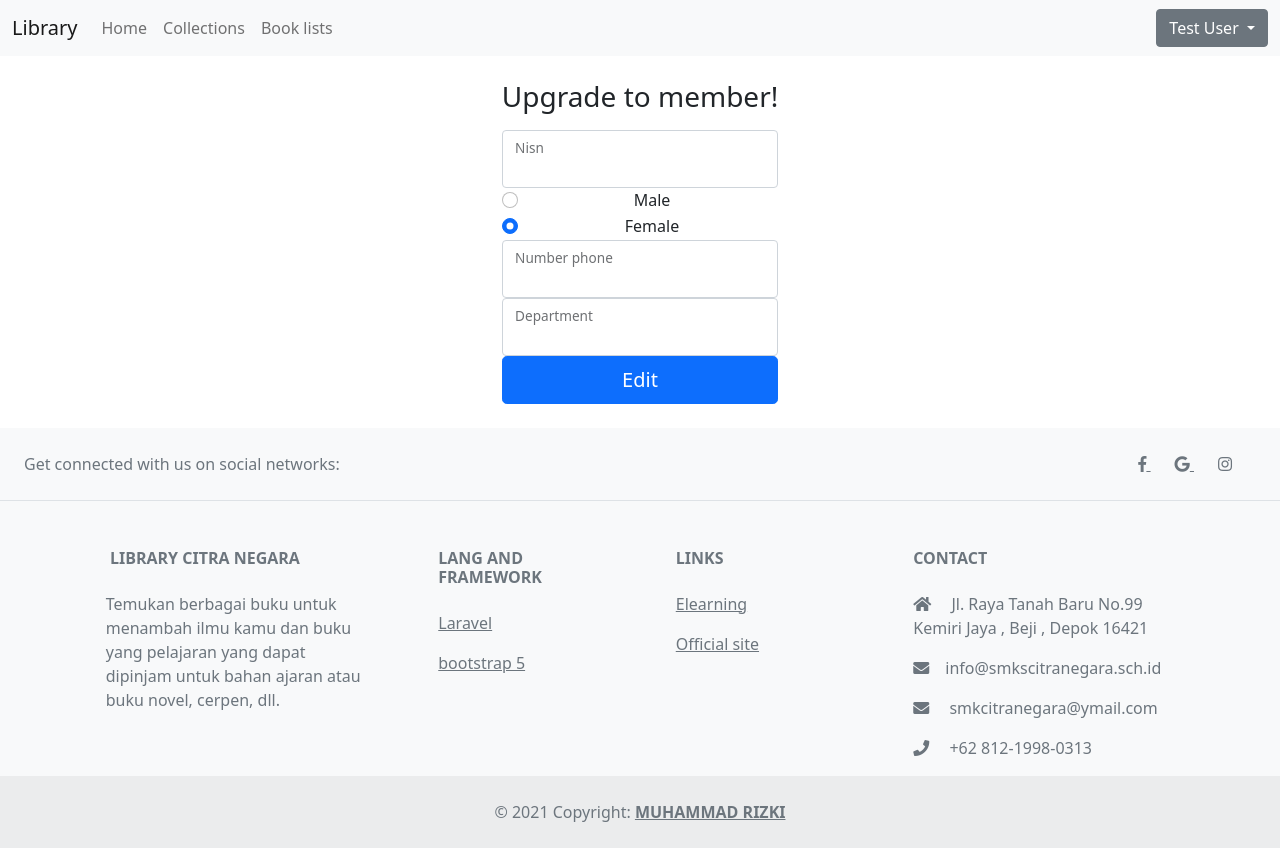
Repository: humanrizki/app-perpus-laravel-8
Page: resources/views/profile/show.blade.php
An editor plug-in stored every save of this project. The page is shown before and after the next save, followed by the edit.
The browser window is 1280 px wide. The pictures show the whole page.
Some web libraries are served in a nearby version. The page is served by the project's Laravel application, run on PHP 8.4 with Laravel 8. A made-up administrator, Test User (test@example.com), is signed in. Other server files are loaded and not shown. The template is opened directly, without the code that normally fills it, so the values that code supplies are empty.

Above is the page before, as saved 2021-11-26 15:15:16.

### routes/web.php
<?php

use App\Http\Controllers\CollectionController;
use App\Http\Controllers\ListsController;
use App\Http\Controllers\ProfileController;
use Illuminate\Support\Facades\Route;

/*
|--------------------------------------------------------------------------
| Web Routes
|--------------------------------------------------------------------------
|
| Here is where you can register web routes for your application. These
| routes are loaded by the RouteServiceProvider within a group which
| contains the "web" middleware group. Now create something great!
|
*/

Route::get('/', function () {
    return view('welcome');
});

Auth::routes();

Route::get('/home', [App\Http\Controllers\HomeController::class, 'index'])->name('home');
Route::get('/collections',[CollectionController::class,'index'])->name('collections');
Route::get('/collections/{collection:slug}',[CollectionController::class,'show']);
Route::get('/lists',[ListsController::class,'index'])->name('lists');
Route::get('/lists/{list:slug}',[ListsController::class,'show']);
Route::post('/lists/{list:slug}',[ListsController::class,'store']);
Route::get('/profile',[ProfileController::class,'index'])->name('profile');
Route::get('/profile/{user:username}/edit',[ProfileController::class,'show']);
Route::put('/profile/{user:username}/edit',[ProfileController::class,'update']);

### app/Models/User.php
<?php

namespace App\Models;

use Illuminate\Contracts\Auth\MustVerifyEmail;
use Illuminate\Database\Eloquent\Factories\HasFactory;
use Illuminate\Foundation\Auth\User as Authenticatable;
use Illuminate\Notifications\Notifiable;
use Laravel\Sanctum\HasApiTokens;

class User extends Authenticatable
{
    use HasApiTokens, HasFactory, Notifiable;

    /**
     * The attributes that are mass assignable.
     *
     * @var string[]
     */
    // protected $fillable = [
    //     'name',
    //     'email',
    //     'password',
    // ];
    protected $guarded = ['id'];
    /**
     * The attributes that should be hidden for serialization.
     *
     * @var array
     */
    protected $hidden = [
        'password',
        'remember_token',
    ];

    /**
     * The attributes that should be cast.
     *
     * @var array
     */
    protected $casts = [
        'email_verified_at' => 'datetime',
    ];
}

### resources/views/profile/show.blade.php
@extends('layouts.capp')
@section('content')
<div class="container text-center d-flex justify-content-center my-4">
    <div class="row">
        <div class="col-lg-12">
            <main class="form-signin">
                <form action="/profile/{{ $user->username }}/edit" method="POST">
                    @method('put')
                    @csrf
                    <h1 class="h3 mb-3 fw-normal">
                        @if (auth()->user()->is_member == 0)
                        Upgrade to member!
                        @else
                        Edit data!
                        @endif
                    </h1>
                    @if (auth()->user()->is_member == 0)
                        <div class="form-floating">
                            <input type="text" class="form-control  @error('nisn') 'is-invalid' @enderror" id="floatingInput"  name="nisn">
                            <label for="floatingInput">Nisn</label>
                            @error('nisn')
                            <div class="valid-feedback">
                                {{ $message }}
                            </div>
                            @enderror
                        </div>
                        <div class="form-check">
                            <input class="form-check-input" type="radio" name="gender" id="flexRadioDefault1" value="Male">
                            <label class="form-check-label"  for="flexRadioDefault1">
                                Male
                            </label>
                        </div>
                        <div class="form-check">
                            <input class="form-check-input" type="radio" name="gender" id="flexRadioDefault2" value="Female" checked>
                            <label class="form-check-label" for="flexRadioDefault2">
                                Female
                            </label>
                        </div>
                        <div class="form-floating">
                            <input type="text" class="form-control @error('phone') 'is-invalid' @enderror" id="floatingInput"  name="phone">
                            <label for="floatingInput">Number phone</label>
                            @error('phone')
                            <div class="valid-feedback">
                                {{ $message }}
                            </div>
                            @enderror
                        </div>
                        <div class="form-floating">
                            <input type="text" class="form-control @error('department') 'is-invalid' @enderror" id="floatingInput"  name="department" >
                            <label for="floatingInput">Department</label>
                            @error('department')
                            <div class="valid-feedback">
                                {{ $message }}
                            </div>
                            @enderror
                        </div>
                    @else
                        Mantap
                    @endif

                    <button class="w-100 btn btn-lg btn-primary" type="submit">Edit</button>
                </form>
            </main>

        </div>
    </div>
</div>

@endsection

### resources/views/layouts/capp.blade.php
<!doctype html>
<html lang="en">
  <head>
    <meta charset="utf-8" />
    <meta http-equiv="X-UA-Compatible" content="IE=edge,chrome=1" />
    <meta content='width=device-width, initial-scale=1.0, maximum-scale=1.0, user-scalable=0, shrink-to-fit=no' name='viewport' />
    <title>{{ $title }}</title>

    <!--     Fonts and icons     -->
    <link href="https://fonts.googleapis.com/css?family=Montserrat:400,700,200" rel="stylesheet" />
    <link href="https://use.fontawesome.com/releases/v5.0.6/css/all.css" rel="stylesheet">
    <style>
      *,body{
        margin: 0px;
        padding: 0px;
      }
    </style>
    @if (request()->is('home'))
        <link rel="stylesheet" href="css/home.css">
    @endif
    <link href="https://cdn.jsdelivr.net/npm/bootstrap@5.0.2/dist/css/bootstrap.min.css" rel="stylesheet" integrity="sha384-EVSTQN3/azprG1Anm3QDgpJLIm9Nao0Yz1ztcQTwFspd3yD65VohhpuuCOmLASjC" crossorigin="anonymous">
    {{-- <link rel="stylesheet" href="css/ul.css"> --}}
  </head>
  <body>
    @include('partials.header')
    @yield('content')
    @include('partials.footer')
    <!--   Core JS Files   -->
    <script src="https://cdn.jsdelivr.net/npm/bootstrap@5.0.2/dist/js/bootstrap.bundle.min.js" integrity="sha384-MrcW6ZMFYlzcLA8Nl+NtUVF0sA7MsXsP1UyJoMp4YLEuNSfAP+JcXn/tWtIaxVXM" crossorigin="anonymous"></script>
  </body>
</html>

### resources/views/partials/header.blade.php

<nav class="navbar navbar-expand-lg navbar-light bg-light">
    <div class="container-fluid">
      <a class="navbar-brand" href="/home">Library</a>
      <button class="navbar-toggler" type="button" data-bs-toggle="collapse" data-bs-target="#navbarSupportedContent" aria-controls="navbarSupportedContent" aria-expanded="false" aria-label="Toggle navigation">
        <span class="navbar-toggler-icon"></span>
      </button>
      <div class="collapse navbar-collapse" id="navbarSupportedContent">
        <ul class="navbar-nav me-auto mb-2 mb-lg-0">
          <li class="nav-item">
            <a class="nav-link {{ (request()->is('home')) ? 'active fw-bold':'';}}" aria-current="page" href="/home">Home</a>
          </li>
          <li class="nav-item ">
            <a class="nav-link {{ (request()->is('collections*')) ? 'active fw-bold':'';}}" href="/collections">Collections</a>
          </li>
          <li class="nav-item">
            <a class="nav-link {{ (request()->is('lists')) ? 'active':'';}}" href="/lists">Book lists</a>
          </li>
        </ul>
        @auth
        <div class="dropdown">
          <button class="btn btn-secondary dropdown-toggle" type="button" id="dropdownMenuButton1" data-bs-toggle="dropdown" aria-expanded="false">
            {{ auth()->user()->name }}
          </button>
          <ul class="dropdown-menu" aria-labelledby="dropdownMenuButton1">
            <li><a class="dropdown-item" href="/profile">Profile</a></li>
            <form action="/logout" method="POST">
              @csrf
              <li class="dropdown-item"><button class="btn btn-danger w-100" type="submit">Logout</button></li>
            </form>
          </ul>
        </div>
        @else
        <div class="container-login">
            <a href="/login" class="btn btn-success">Login</a>
        </div>
        @endauth
      </div>
    </div>
  </nav>

### resources/views/partials/footer.blade.php
<footer class="text-center text-lg-start bg-light text-muted">
    <!-- Section: Social media -->
    <section
      class="d-flex justify-content-center justify-content-lg-between p-4 border-bottom"
    >
      <!-- Left -->
      <div class="me-5 d-none d-lg-block">
        <span>Get connected with us on social networks:</span>
      </div>
      <!-- Left -->

      <!-- Right -->
      <div>
        <a href="https://facebook.com/smkcitranegaraofficial" class="me-4 text-reset">
          <i class="fab fa-facebook-f"></i>
        </a>

        <a href="https://sekolah.data.kemdikbud.go.id/index.php/chome/profil/a3b930a7-c409-426b-a5ab-7aaed2a25c9f" class="me-4 text-reset">
          <i class="fab fa-google"></i>
        </a>
        <a href="https://instagram.com/smkcitranegaradepok/" class="me-4 text-reset">
          <i class="fab fa-instagram"></i>
        </a>

      </div>
      <!-- Right -->
    </section>
    <!-- Section: Social media -->

    <!-- Section: Links  -->
    <section class="">
      <div class="container text-center text-md-start mt-5">
        <!-- Grid row -->
        <div class="row mt-3">
          <!-- Grid column -->
          <div class="col-md-3 col-lg-4 col-xl-3 mx-auto mb-4">
            <!-- Content -->
            <h6 class="text-uppercase fw-bold mb-4">
              <img src="img/logo.png" alt="" width="50"> Library Citra Negara
            </h6>
            <p>
              Temukan berbagai buku untuk menambah ilmu kamu dan buku yang pelajaran
              yang dapat dipinjam untuk bahan ajaran atau buku novel, cerpen, dll.
            </p>
          </div>
          <!-- Grid column -->

          <!-- Grid column -->
          <div class="col-md-2 col-lg-2 col-xl-2 mx-auto mb-4">
            <!-- Links -->
            <h6 class="text-uppercase fw-bold mb-4">
              Lang and Framework
            </h6>
            <p>
              <a href="https://laravel.com" class="text-reset">Laravel</a>
            </p>
            <p>
              <a href="https://getbootstrap.com" class="text-reset">bootstrap 5</a>
            </p>

          </div>
          <!-- Grid column -->

          <!-- Grid column -->
          <div class="col-md-3 col-lg-2 col-xl-2 mx-auto mb-4">
            <!-- Links -->
            <h6 class="text-uppercase fw-bold mb-4">
             links
            </h6>
            <p>
              <a href="http://smkcitranegara.sch.id" class="text-reset">Elearning</a>
            </p>
            <p>
              <a href="https://smkscitranegara.sch.id" class="text-reset">Official site</a>
            </p>
          </div>
          <!-- Grid column -->

          <!-- Grid column -->
          <div class="col-md-4 col-lg-3 col-xl-3 mx-auto mb-md-0 mb-4">
            <!-- Links -->
            <h6 class="text-uppercase fw-bold mb-4">
              Contact
            </h6>
            <p><i class="fas fa-home me-3"></i> Jl. Raya Tanah Baru No.99 Kemiri Jaya , Beji , Depok 16421</p>

                        <p><i class="fas fa-envelope me-3"></i>info@smkscitranegara.sch.id</p>
                    <p><i class="fas fa-envelope me-3"></i>
                    smkcitranegara@ymail.com</p>
            <p><i class="fas fa-phone me-3"></i> +62 812-1998-0313</p>
          </div>
          <!-- Grid column -->
        </div>
        <!-- Grid row -->
      </div>
    </section>
    <!-- Section: Links  -->

    <!-- Copyright -->
    <div class="text-center p-4" style="background-color: rgba(0, 0, 0, 0.05);">
      © 2021 Copyright:
      <a class="text-reset fw-bold" href="https://instagram.com/m.rizki_array">MUHAMMAD RIZKI</a>
    </div>
    <!-- Copyright -->
  </footer>
  <!-- Footer -->

### resources/views/errors/404.blade.php
<!DOCTYPE html>
<html lang="en">
<head>
    <meta charset="UTF-8">
    <meta name="viewport" content="width=device-width, initial-scale=1.0">
    <meta http-equiv="X-UA-Compatible" content="ie=edge">
    <link rel="stylesheet" href="/css/sb-admin-2.min.css">
    <title>404 - Page not found</title>
</head>
<body>
    <div class="container-fluid d-flex align-items-center justify-content-center" style="height: 100vh;">
        <!-- 404 Error Text -->
        <div class="text-center">
            <div class="error mx-auto" data-text="404">404</div>
            <p class="lead text-gray-800 mb-5">Page Not Found</p>
            <p class="text-gray-500 mb-0">It looks like you found an error in the search...</p>
            <a href="/">&larr; Back to Home</a>
        </div>

    </div>
</body>
</html>

Loaded but not shown: app/Providers/AppServiceProvider.php (common file); app/Http/Controllers/Auth/ConfirmPasswordController.php (common file); app/Http/Controllers/Controller.php (common file)

After the next save:
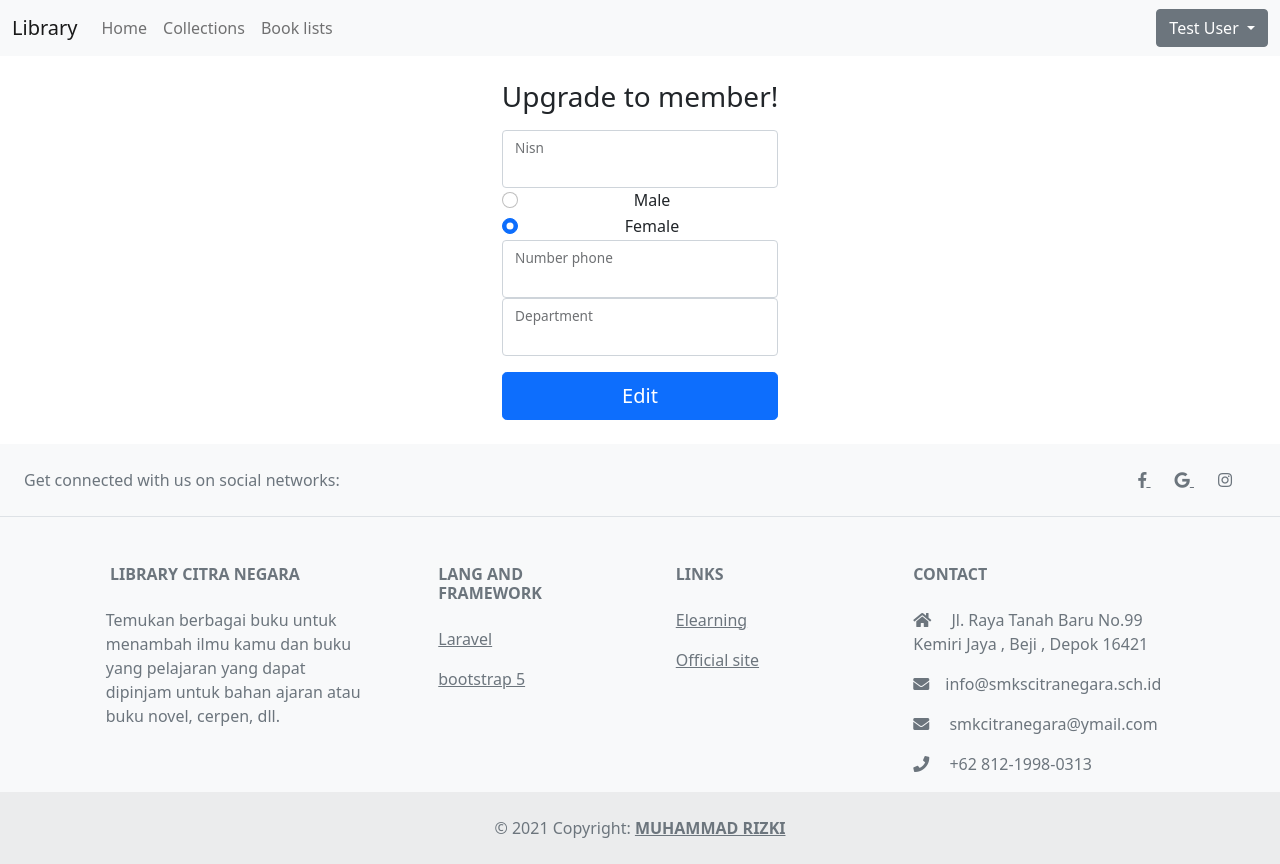
Saved 13 s later.
--- a/resources/views/profile/show.blade.php
+++ b/resources/views/profile/show.blade.php
@@ -58,7 +58,7 @@
                         Mantap
                     @endif
 
-                    <button class="w-100 btn btn-lg btn-primary" type="submit">Edit</button>
+                    <button class="w-100 btn btn-lg btn-primary mt-3" type="submit">Edit</button>
                 </form>
             </main>
 
